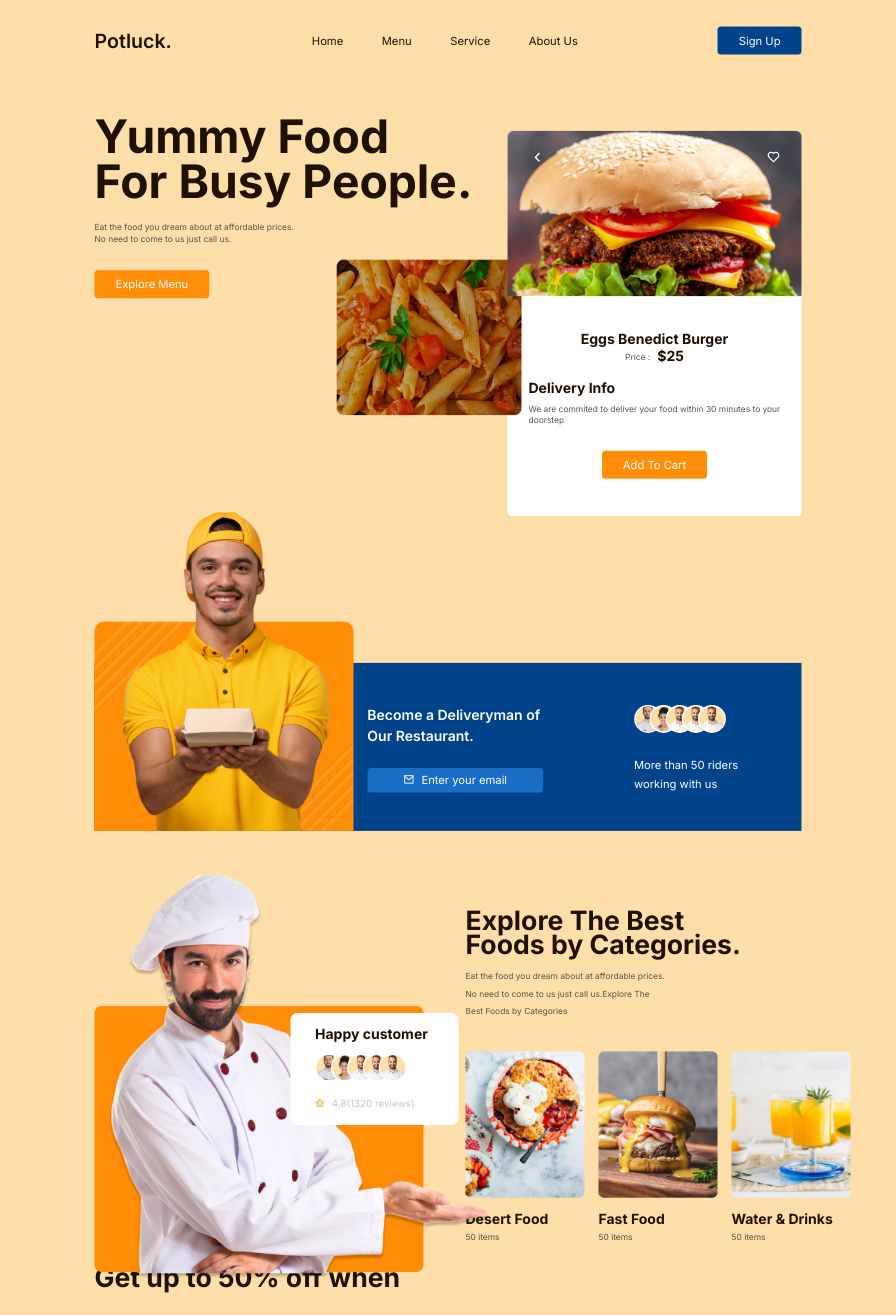
Repository: kien181999/potluck-restaurant-landing
Page: index.html
These files come from the project's save history. The page is drawn as it stood at one moment and after the next save; the edit follows.
The browser window is 1280 px wide. The pictures show the whole page, at 70% of full size.
The style sheet was rebuilt from its Sass, Less or Tailwind sources for each picture, by a compiler version that may differ from the author's.

Above is the page before, as saved 2022-06-20 21:44:05.

After the next save:
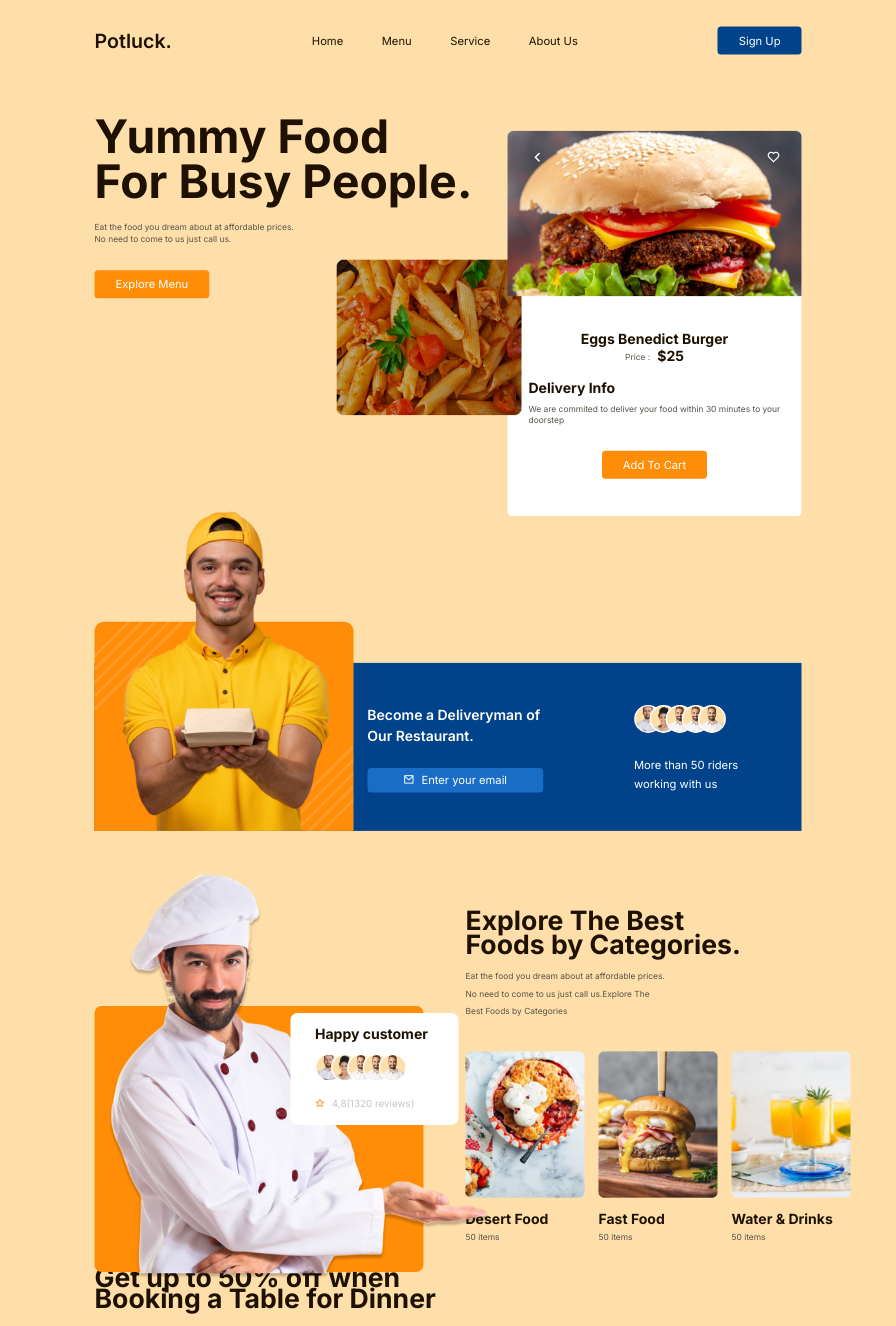
Saved 11 s later.
--- a/index.html
+++ b/index.html
@@ -181,7 +181,7 @@
             </h2>
             <br>
             <h2 class="heading-2-white">
-
+                Booking a Table for Dinner
             </h2>
         </section>
     </div>
